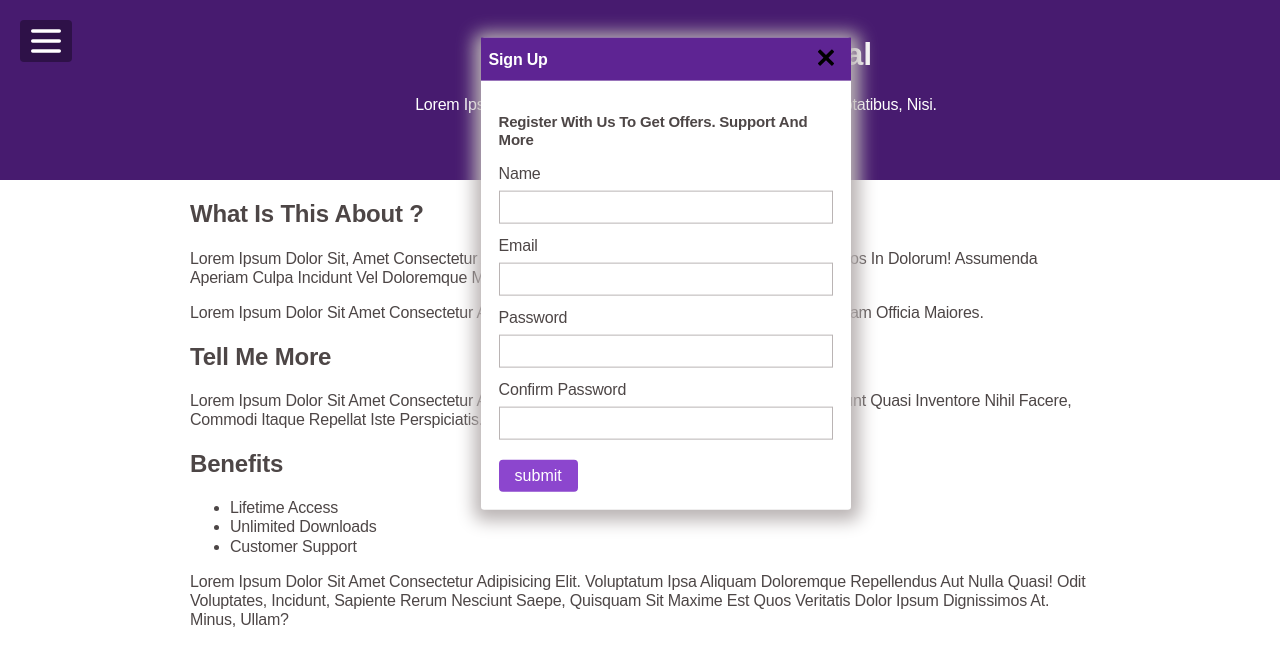
Repository: lilo750/Menu-Slider-modal
Page: index.html
These files come from the project's save history. The page is drawn as it stood at one moment and after the next save; the edit follows.
The browser window is 1280 px wide. The pictures show the whole page.
After loading, the first visible `#signUp-btn` was clicked once.

Above is the page before, as saved 2024-01-16 09:01:37.
Console error: ReferenceError: body is not defined

### index.html
<!DOCTYPE html>
<html lang="en">
    <head>
        <meta charset="UTF-8" />
        <meta name="viewport" content="width=device-width, initial-scale=1.0" />
        <title>menu-slider-modal</title>
        <script defer src="assets/logic.js"></script>
        <link rel="stylesheet" href="assets/style.css" />
    </head>
    <body>
        <div class="left-menu">
            <!-- <aside>
                <div id="profile-img">
                    <img
                        src="assets/visuals/profile-img.jpg"
                        alt="profile image"
                    />
                </div>
                <ul>
                    <li>home</li>
                    <li>portfolio</li>
                    <li>blog</li>
                    <li>contact me</li>
                </ul>
            </aside> -->

            <button id="burger-btn">
                <img
                    src="assets/visuals/burger-menu-svgrepo-com.svg"
                    alt="burger icon"
                />
            </button>
        </div>
        <div class="container">
            <header>
                <div class="heading">
                    <h1>Simple Menu slider Modal</h1>
                    <p>
                        Lorem ipsum dolor sit amet consectetur, adipisicing
                        elit. Voluptatibus, nisi.
                    </p>
                    <button id="signUp-btn">Sign Up</button>
                </div>
            </header>

            <main>
                <h2>what is this about ?</h2>
                <p>
                    Lorem ipsum dolor sit, amet consectetur adipisicing elit.
                    Sunt officiis minus veniam, dignissimos in dolorum!
                    Assumenda aperiam culpa incidunt vel doloremque maxime
                    inventore. Temporibus, inventore?
                </p>
                <p>
                    Lorem ipsum dolor sit amet consectetur adipisicing elit.
                    Sunt debitis excepturi nemo, at magnam officia maiores.
                </p>
                <h2>tell me more</h2>
                <p>
                    Lorem ipsum dolor sit amet consectetur adipisicing elit.
                    Quae, recusandae obcaecati! Deserunt quasi inventore nihil
                    facere, commodi itaque repellat iste perspiciatis.
                </p>
                <h2>benefits</h2>
                <ul>
                    <li>lifetime access</li>
                    <li>unlimited downloads</li>
                    <li>customer support</li>
                </ul>
                <p>
                    Lorem ipsum dolor sit amet consectetur adipisicing elit.
                    Voluptatum ipsa aliquam doloremque repellendus aut nulla
                    quasi! Odit voluptates, incidunt, sapiente rerum nesciunt
                    saepe, quisquam sit maxime est quos veritatis dolor ipsum
                    dignissimos at. Minus, ullam?
                </p>
            </main>
        </div>
        <!-- ./container -->

        <div class="modal">
            <header>
                <span>Sign Up</span>
                <button id="close-btn">
                    <img
                        src="assets/visuals/close-icon.svg"
                        alt="burger icon"
                    />
                </button>
            </header>
            <form>
                <p>Register with us to get offers. support and more</p>
                <div class="form-control">
                    <label for="name">Name</label>
                    <input id="name" type="text" required />
                </div>
                <div class="form-control">
                    <label for="mail">Email</label>
                    <input id="mail" type="email" required />
                </div>
                <div class="form-control">
                    <label for="pass">Password</label>
                    <input id="pass" type="password" required />
                </div>
                <div class="form-control">
                    <label for="cpass">Confirm Password</label>
                    <input id="cpass" type="password" required />
                    <span class="warning"></span>
                </div>

                <button id="submit-btn" type="submit">submit</button>
            </form>
        </div>
    </body>
</html>

### assets/logic.js
const signUpBtn = document.getElementById('signUp-btn');
const closeBtn = document.getElementById('close-btn');
const modal = document.querySelector('.modal');
const container = document.querySelector('.container');

const openModalHandler = () => {
    event.stopPropagation(); // Stop the event from propagating to the container
    modal.style.visibility = 'visible';
    modal.style.opacity = '1';
    body.style.backgroundColor = '#000';
};

const closeModalHandler = () => {
    modal.style.visibility = 'hidden';
    modal.style.opacity = '0';
    container.style.backgroundColor = 'transparent';
};

const modalOverlayHandler = () => {
    if (modal.style.visibility === 'visible') {
        closeModalHandler();
    }
};

container.addEventListener('click', modalOverlayHandler);
signUpBtn.addEventListener('click', openModalHandler);
closeBtn.addEventListener('click', closeModalHandler);

### assets/style.css
html {
    font-family: sans-serif;
    letter-spacing: -0.2px;
    color: #4d4646;
}

body {
    height: 100vh;
    margin: 0;
    padding: 0;
    text-transform: capitalize;
    line-height: 1.2;
}

.overlay {
    /* background-color: unset; */
}

.left-menu {
    position: absolute;

    #burger-btn {
        display: flex;
        align-items: center;
        justify-content: center;
        background-color: rgb(46, 17, 72);
        border: none;
        cursor: pointer;
        position: relative;
        left: 20px;
        top: 20px;
        border-radius: 4px;
    }
}

.container {
    display: flex;
    flex-direction: column;

    & header {
        background-color: rgb(71, 27, 111);
        color: #fff;
        text-align: center;
        padding: 14px 8px;
        padding-left: 80px;

        #signUp-btn {
            background-color: rgb(140, 70, 206);
            color: inherit;
            border: 0;
            outline: 2px;
            padding: 7px 16px;
            border-radius: 3px;
            cursor: pointer;
            font-size: 16px;
        }

        & p {
            margin-bottom: 20px;
        }
    }

    & main {
        max-width: 900px;
        align-self: center;
        padding-inline: 20px;
    }
}

.modal {
    visibility: hidden;
    pointer-events: none;
    width: 370px;
    background-color: #fff;
    border-radius: 3px;
    box-shadow: 1px 3px 17px 8px #bab4b4;
    position: absolute;
    left: 52%;
    top: 38%;
    transform: translate(-50%, -50%);
    transition: opacity 0.3s ease-in-out;

    & header {
        background-color: rgb(94, 36, 147);
        display: flex;
        justify-content: space-between;
        align-items: center;
        padding: 8px;
        margin-bottom: 32px;

        & span {
            color: #fff;
            font-weight: 600;
            font-size: 16px;
        }

        #close-btn {
            background-color: transparent;
            border: none;
            cursor: pointer;
            color: #fff;
        }
    }

    & form {
        padding-bottom: 18px;

        & p {
            font-size: 15px;
            font-weight: 600;
        }

        padding-inline: 18px;

        .form-control {
            display: flex;
            flex-direction: column;
            row-gap: 8px;
            margin-bottom: 12px;

            & input {
                padding: 8px;
                border: 1px solid #bab4b4;
                outline: none;
            }
        }

        #submit-btn {
            background-color: rgb(140, 70, 206);
            color: #fff;
            border: 0;
            outline: 2px;
            padding: 7px 16px;
            border-radius: 4px;
            cursor: pointer;
            font-size: 16px;
        }
    }
}

### assets/visuals/burger-menu-svgrepo-com.svg
<?xml version="1.0" encoding="utf-8"?><!-- Uploaded to: SVG Repo, www.svgrepo.com, Generator: SVG Repo Mixer Tools -->
<svg width="40px" height="40px" viewBox="0 0 24 24" fill="none" xmlns="http://www.w3.org/2000/svg">
<path d="M4 18L20 18" stroke="#ffff" stroke-width="2" stroke-linecap="round"/>
<path d="M4 12L20 12" stroke="#ffff" stroke-width="2" stroke-linecap="round"/>
<path d="M4 6L20 6" stroke="#ffff" stroke-width="2" stroke-linecap="round"/>
</svg>

### assets/visuals/close-icon.svg
<?xml version="1.0"?><svg xmlns="http://www.w3.org/2000/svg" viewBox="0 0 30 30" width="22px" height="22px">    <path d="M 7 4 C 6.744125 4 6.4879687 4.0974687 6.2929688 4.2929688 L 4.2929688 6.2929688 C 3.9019687 6.6839688 3.9019687 7.3170313 4.2929688 7.7070312 L 11.585938 15 L 4.2929688 22.292969 C 3.9019687 22.683969 3.9019687 23.317031 4.2929688 23.707031 L 6.2929688 25.707031 C 6.6839688 26.098031 7.3170313 26.098031 7.7070312 25.707031 L 15 18.414062 L 22.292969 25.707031 C 22.682969 26.098031 23.317031 26.098031 23.707031 25.707031 L 25.707031 23.707031 C 26.098031 23.316031 26.098031 22.682969 25.707031 22.292969 L 18.414062 15 L 25.707031 7.7070312 C 26.098031 7.3170312 26.098031 6.6829688 25.707031 6.2929688 L 23.707031 4.2929688 C 23.316031 3.9019687 22.682969 3.9019687 22.292969 4.2929688 L 15 11.585938 L 7.7070312 4.2929688 C 7.5115312 4.0974687 7.255875 4 7 4 z"/></svg>

After the next save:
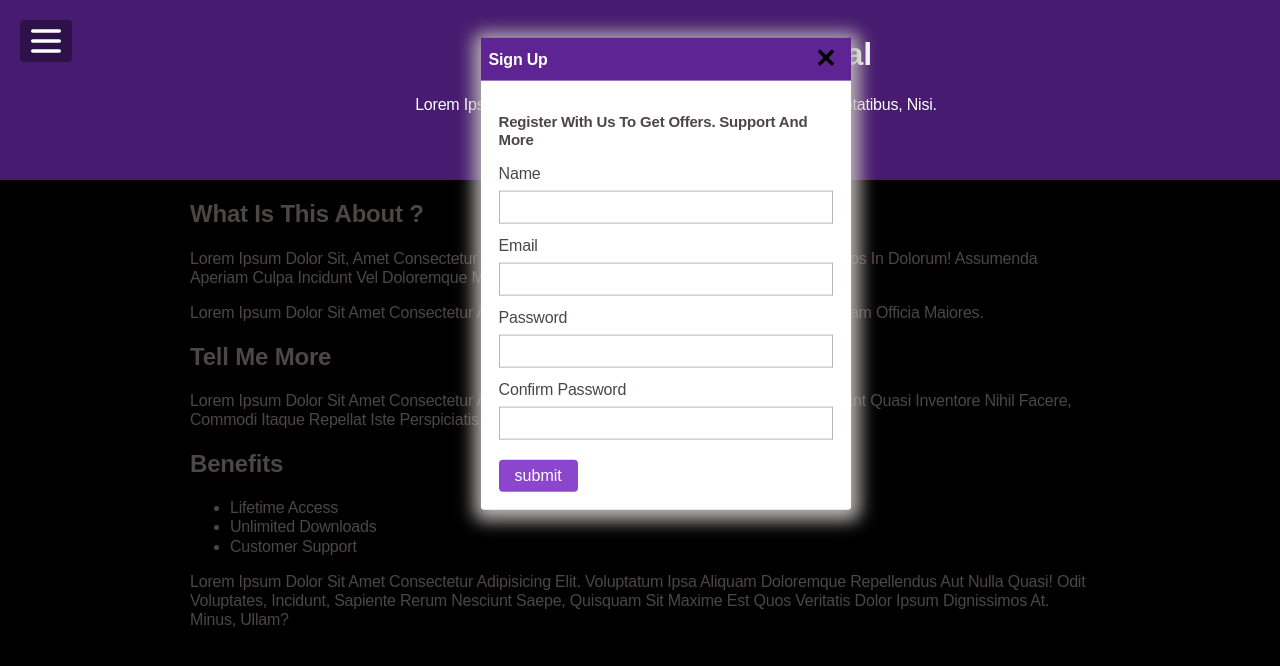
The error is gone.
Saved 7 s later.
--- a/assets/logic.js
+++ b/assets/logic.js
@@ -7,7 +7,7 @@ const openModalHandler = () => {
     event.stopPropagation(); // Stop the event from propagating to the container
     modal.style.visibility = 'visible';
     modal.style.opacity = '1';
-    body.style.backgroundColor = '#000';
+    document.body.style.backgroundColor = '#000';
 };
 
 const closeModalHandler = () => {
